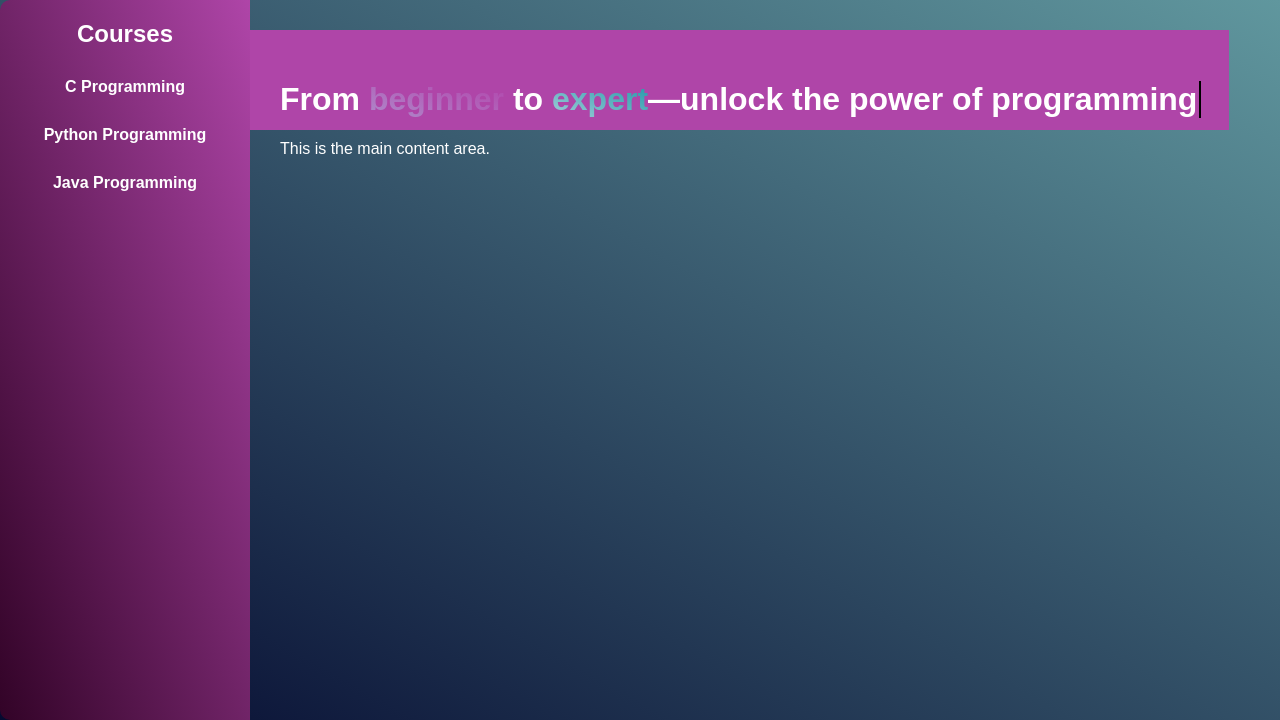
Repository: RishitSharma88/SeaGro
Page: templates/learningcourses.html
These files come from the project's save history. The page is drawn as it stood at one moment and after the next save; the edit follows.
The browser window is 1280 px wide. The pictures show the whole page.
The template is drawn by Flask 3. The application's start-up code is not run. The template is opened directly, without the code that normally fills it, so the values that code supplies are empty.

Above is the page before, as saved 2024-12-28 17:56:58.

After the next save:
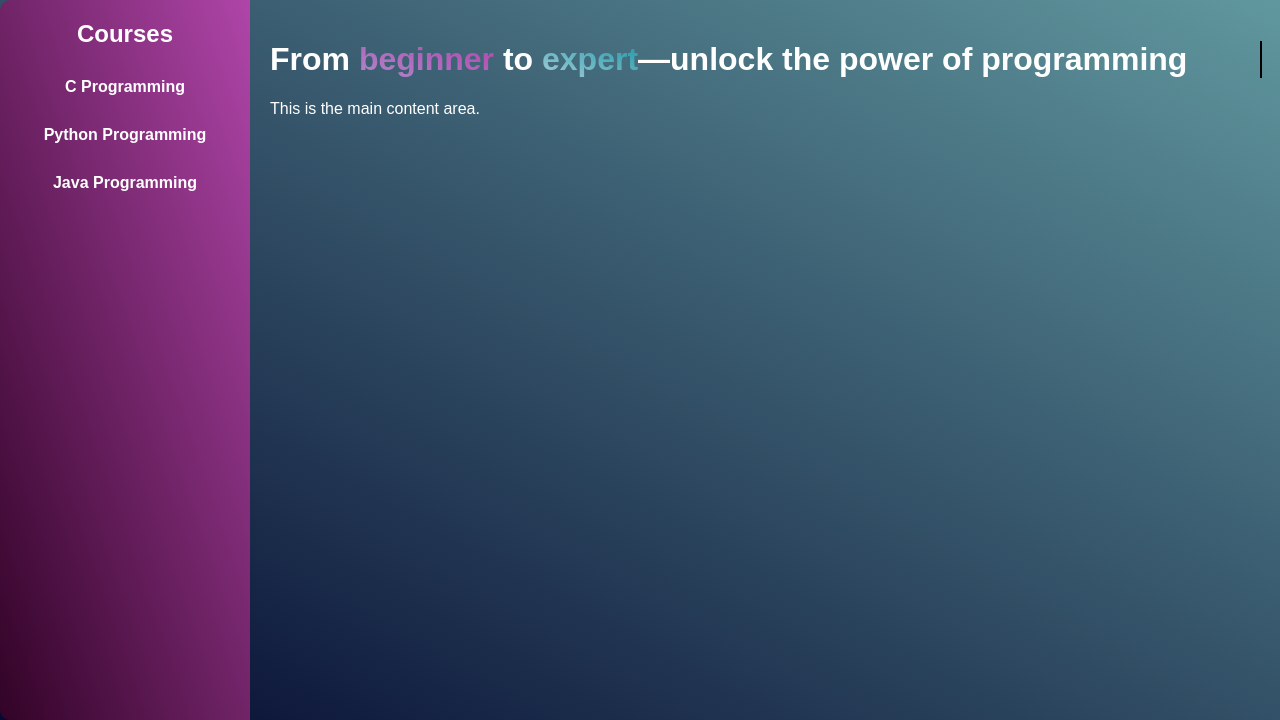
Saved 64 s later.
--- a/templates/learningcourses.html
+++ b/templates/learningcourses.html
@@ -98,7 +98,7 @@
             -webkit-background-clip: text;
             -webkit-text-fill-color: transparent;
         }
-        .titlebox{
+        /* .titlebox{
             background-color:#af45a8;
             max-width: fit-content;
             padding: 10px;
@@ -106,7 +106,7 @@
             margin-top:30px;
             height:80px;
             width:100%;
-        }
+        } */
 
         /*.sidebar.collapsed {
             transform: translateX(-250px);
@@ -152,7 +152,7 @@
     </div>
     <!-- <button class="toggle-btn">&#9664;</button> -->
 
-    <div class="titlebox">
+    <!-- <div class="titlebox"> -->
     <div class="main-content">
         <h1 class="typing">
             From <span class="highlight">beginner</span> to <span class="expert">expert</span>—unlock the power of programming
